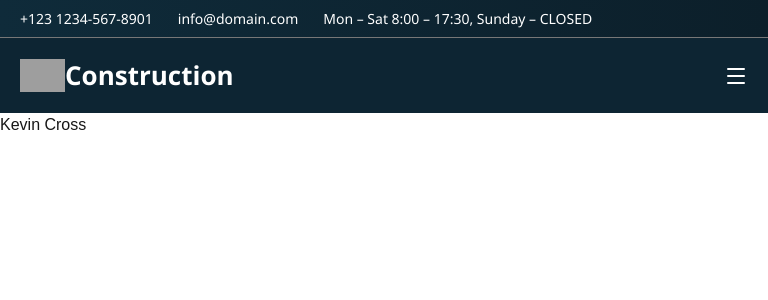
Repository: KC-Minchakpu/promise-earth
Page: /
These files come from the project's save history. The page is drawn as it stood at one moment and after the next save; the edit follows.
The browser window is 768 px wide. The pictures show the whole page.
Pictures or frames that could not be fetched are drawn as grey boxes. The project was rebuilt for these pictures with package versions that can differ from the ones it lists, and the page was loaded fresh each time. The framework's server and built-in components were replaced by stand-ins that run in the browser. Also part of the build but not shown: next.config.ts.

Above is the page before, as saved 2026-02-26 11:47:05.

### src/app/layout.tsx
import type { Metadata } from "next";
import { Play, Poppins } from "next/font/google";
import "./globals.css";
import Header from "@/components/Header/Header";

const play = Play({
  variable: "--font-play",
  subsets: ["latin"],
  weight: ["400", "700"],
});

const poppins = Poppins({
  variable: "--font-poppins",
  subsets: ["latin"],
  weight: ["300", "400", "500", "600", "700"],
});

export const metadata: Metadata = {
  title: "Create Next App",
  description: "Generated by create next app",
};

export default function RootLayout({
  children,
}: Readonly<{
  children: React.ReactNode;
}>) {
  return (
    <html lang="en">
      <body
        className={`${play.variable} ${poppins.variable} antialiased`}
      >
        <Header />
        {children}
      </body>
    </html>
  );
}

### src/app/page.tsx


export default function Home() {
  return (
   <>
    <h1>Kevin Cross</h1>
    </>
  );
}

### src/app/globals.css
@import "tailwindcss";

:root {
  --background: #ffffff;
  --foreground: #171717;
}


@media (prefers-color-scheme: dark) {
  :root {
    --background: #0a0a0a;
    --foreground: #ededed;
  }
}

body {
  background: var(--background);
  color: var(--foreground);
  font-family: Arial, Helvetica, sans-serif;
}

### src/components/Header/Header.tsx
"use client";

import { useState, useEffect } from "react";
import { usePathname } from "next/navigation";
import Link from "next/link";
import Image from "next/image";
import styles from "./Header.module.css";
import { ChevronDown, Menu, X } from "lucide-react";

const Header = () => {
  const pathname = usePathname();
  const [mobileOpen, setMobileOpen] = useState(false);
  const [scrolled, setScrolled] = useState(false);

  /* Sticky Scroll */
  useEffect(() => {
    const handleScroll = () => {
      setScrolled(window.scrollY > 20);
    };

    window.addEventListener("scroll", handleScroll);
    return () => window.removeEventListener("scroll", handleScroll);
  }, []);

  /* Active Link*/
  const isActive = (path: string) => pathname === path;

  return (
    <header
      className={`${styles.header} ${scrolled ? styles.scrolled : ""}`}
    >
      {/* TOP BAR */}
      <div className={styles.topBar}>
        <div className={styles.topContainer}>
          <div className={styles.topLeft}>
            <span>+123 1234-567-8901</span>
            <span>info@domain.com</span>
            <span>Mon – Sat 8:00 – 17:30, Sunday – CLOSED</span>
          </div>
        </div>
      </div>

      {/* NAVBAR */}
      <div className={styles.navbar}>
        <div className={styles.navContainer}>
          {/* LOGO */}
          <Link href="/" className={styles.logo}>
            <Image
              src="/logo.png"
              alt="Construction Logo"
              width={45}
              height={45}
              priority
            />
            <span>Construction</span>
          </Link>

          {/* NAVIGATION */}
          <nav
            className={`${styles.navLinks} ${
              mobileOpen ? styles.show : ""
            }`}
          >
            <Link
              href="/"
              className={isActive("/") ? styles.active : ""}
            >
              Home
            </Link>

            {/* ABOUT DROPDOWN */}
            <div className={styles.dropdown}>
              <button
                className={`${styles.dropBtn} ${
                  pathname.startsWith("/promise-earth") ||
                  pathname.startsWith("/emmanuel-benjamin") ||
                  pathname.startsWith("/our-team")
                    ? styles.active
                    : ""
                }`}
              >
                About <ChevronDown size={16} />
              </button>

              <div className={styles.dropdownMenu}>
                <Link href="/promise-earth">Promise Earth</Link>
                <Link href="/emmanuel-benjamin">
                  Emmanuel K. Benjamin
                </Link>
                <Link href="/our-team">Our Team</Link>
              </div>
            </div>

            {/* SERVICES DROPDOWN */}
            <div className={styles.dropdown}>
              <button
                className={`${styles.dropBtn} ${
                  pathname.startsWith("/mining") ||
                  pathname.startsWith("/quarry") ||
                  pathname.startsWith("/construction") ||
                  pathname.startsWith("/excavation") ||
                  pathname.startsWith("/sandstones")
                    ? styles.active
                    : ""
                }`}
              >
                Services <ChevronDown size={16} />
              </button>

              <div className={styles.dropdownMenu}>
                <Link href="/mining">Mining</Link>
                <Link href="/quarry">Quarry</Link>
                <Link href="/construction">Construction</Link>
                <Link href="/excavation">Excavation</Link>
                <Link href="/sandstones">Sandstones</Link>
              </div>
            </div>

            <Link
              href="/projects"
              className={isActive("/projects") ? styles.active : ""}
            >
              Projects
            </Link>

            <Link
              href="/contact"
              className={isActive("/contact") ? styles.active : ""}
            >
              Contact
            </Link>
          </nav>

          {/* CTA */}
          <div className={styles.cta}>
            <Link href="/contact">CONTACT NOW</Link>
          </div>

          {/* MOBILE TOGGLE */}
          <div
            className={styles.mobileToggle}
            onClick={() => setMobileOpen(!mobileOpen)}
          >
            {mobileOpen ? <X size={24} /> : <Menu size={24} />}
          </div>
        </div>
      </div>
    </header>
  );
};

export default Header;

### src/components/Header/Header.module.css
.header {
  width: 100%;
  font-family: "Segoe UI", sans-serif;
}

/* ================= TOP BAR ================= */
.topBar {
  background: linear-gradient(to right, #0f2b3a, #0c1f2a);
  color: #ffffff;
  border-bottom: 1px solid #777;
  font-size: 14px;
}

.topContainer {
  max-width: 1200px;
  margin: auto;
  padding: 8px 20px;
  display: flex;
  justify-content: space-between;
  align-items: center;
}

.topLeft span {
  margin-right: 25px;
}

.topRight a {
  margin-left: 15px;
  color: white;
  text-decoration: none;
  font-size: 14px;
}

/* ================= NAVBAR ================= */
.navbar {
  background: #0d2533;
  color: white;
}

.navContainer {
  max-width: 1200px;
  margin: auto;
  padding: 18px 20px;
  display: flex;
  align-items: center;
  justify-content: space-between;
}

/* LOGO */
.logo {
  display: flex;
  align-items: center;
  font-size: 26px;
  font-weight: bold;
}

.logoIcon {
  margin-right: 10px;
  font-size: 28px;
}

/* NAV LINKS */
.navLinks {
  display: flex;
  align-items: center;
  gap: 30px;
}

.navLinks a {
  color: white;
  text-decoration: none;
  font-weight: 500;
  position: relative;
}

.navLinks a:hover {
  color: #ff6600;
}

.active {
  color: #ff6600;
}

/* DROPDOWN */
.dropdown {
  position: relative;
}

.dropBtn {
  background: none;
  border: none;
  color: white;
  font-weight: 500;
  display: flex;
  align-items: center;
  gap: 5px;
  cursor: pointer;
}

.dropBtn:hover {
  color: #ff6600;
}

.dropdownMenu {
  position: absolute;
  top: 35px;
  left: 0;
  background: #0d2533;
  color: #ffffff;
  min-width: 250px;
  border-radius: 6px;
  box-shadow: 0 8px 20px rgba(0, 0, 0, 0.15);
  display: flex;
  flex-direction: column;
  padding: 10px 0;
  z-index: 999;
}

.dropdownMenu a {
  padding: 10px 20px;
  color: #ffffff;
  text-decoration: none;
}

.dropdownMenu a:hover {
  background: #f3f3f3;
  color: #ff6600;
}

/* CTA BUTTON */
.cta a {
  background: #ff6600;
  padding: 12px 22px;
  border-radius: 6px;
  color: white;
  text-decoration: none;
  font-weight: bold;
  transition: 0.3s ease;
}

.cta a:hover {
  background: #e65c00;
}

/* MOBILE */
.mobileToggle {
  display: none;
  cursor: pointer;
}

/* ================= RESPONSIVE ================= */
@media (max-width: 992px) {
  .navLinks {
    position: absolute;
    top: 80px;
    left: 0;
    width: 100%;
    background: #0d2533;
    flex-direction: column;
    padding: 20px;
    display: none;
  }

  .navLinks.show {
    display: flex;
  }

  .cta {
    display: none;
  }

  .mobileToggle {
    display: block;
  }

  .dropdownMenu {
    position: relative;
    top: 0;
    box-shadow: none;
    background: #112f40;
  }

  .dropdownMenu a {
    color: white;
  }
}

After the next save:
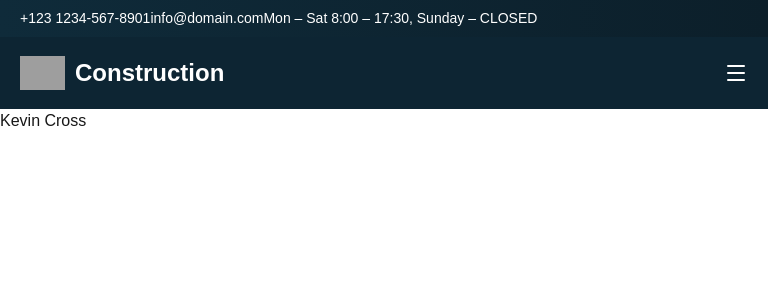
Saved 23 s later.
--- a/src/components/Header/Header.module.css
+++ b/src/components/Header/Header.module.css
@@ -1,13 +1,18 @@
 .header {
-  width: 100%;
-  font-family: "Segoe UI", sans-serif;
+  position: sticky;
+  top: 0;
+  z-index: 9999;
+  transition: all 0.3s ease;
+}
+
+.scrolled {
+  box-shadow: 0 6px 20px rgba(0, 0, 0, 0.15);
 }
 
 /* ================= TOP BAR ================= */
 .topBar {
   background: linear-gradient(to right, #0f2b3a, #0c1f2a);
   color: #ffffff;
-  border-bottom: 1px solid #777;
   font-size: 14px;
 }
 
@@ -15,20 +20,6 @@
   max-width: 1200px;
   margin: auto;
   padding: 8px 20px;
-  display: flex;
-  justify-content: space-between;
-  align-items: center;
-}
-
-.topLeft span {
-  margin-right: 25px;
-}
-
-.topRight a {
-  margin-left: 15px;
-  color: white;
-  text-decoration: none;
-  font-size: 14px;
 }
 
 /* ================= NAVBAR ================= */
@@ -50,13 +41,11 @@
 .logo {
   display: flex;
   align-items: center;
-  font-size: 26px;
+  gap: 10px;
+  font-size: 24px;
   font-weight: bold;
-}
-
-.logoIcon {
-  margin-right: 10px;
-  font-size: 28px;
+  text-decoration: none;
+  color: white;
 }
 
 /* NAV LINKS */
@@ -70,7 +59,7 @@
   color: white;
   text-decoration: none;
   font-weight: 500;
-  position: relative;
+  transition: color 0.3s ease;
 }
 
 .navLinks a:hover {
@@ -78,10 +67,10 @@
 }
 
 .active {
-  color: #ff6600;
+  color: #ff6600 !important;
 }
 
-/* DROPDOWN */
+/* ================= DROPDOWN ================= */
 .dropdown {
   position: relative;
 }
@@ -95,6 +84,7 @@
   align-items: center;
   gap: 5px;
   cursor: pointer;
+  transition: color 0.3s ease;
 }
 
 .dropBtn:hover {
@@ -103,52 +93,60 @@
 
 .dropdownMenu {
   position: absolute;
-  top: 35px;
+  top: 45px;
   left: 0;
-  background: #0d2533;
-  color: #ffffff;
-  min-width: 250px;
+  background: white;
+  min-width: 220px;
   border-radius: 6px;
-  box-shadow: 0 8px 20px rgba(0, 0, 0, 0.15);
-  display: flex;
-  flex-direction: column;
-  padding: 10px 0;
-  z-index: 999;
+  box-shadow: 0 10px 25px rgba(0, 0, 0, 0.15);
+
+  opacity: 0;
+  transform: translateY(10px);
+  pointer-events: none;
+  transition: all 0.3s ease;
+}
+
+.dropdown:hover .dropdownMenu {
+  opacity: 1;
+  transform: translateY(0);
+  pointer-events: auto;
 }
 
 .dropdownMenu a {
-  padding: 10px 20px;
-  color: #ffffff;
+  display: block;
+  padding: 12px 18px;
+  color: #333;
   text-decoration: none;
+  transition: background 0.3s ease;
 }
 
 .dropdownMenu a:hover {
-  background: #f3f3f3;
+  background: #f2f2f2;
   color: #ff6600;
 }
 
-/* CTA BUTTON */
+/* ================= CTA ================= */
 .cta a {
   background: #ff6600;
-  padding: 12px 22px;
+  padding: 12px 24px;
   border-radius: 6px;
   color: white;
   text-decoration: none;
   font-weight: bold;
-  transition: 0.3s ease;
+  transition: all 0.3s ease;
 }
 
 .cta a:hover {
   background: #e65c00;
+  transform: translateY(-2px);
 }
 
-/* MOBILE */
+/* ================= MOBILE ================= */
 .mobileToggle {
   display: none;
   cursor: pointer;
 }
 
-/* ================= RESPONSIVE ================= */
 @media (max-width: 992px) {
   .navLinks {
     position: absolute;
@@ -161,7 +159,7 @@
     display: none;
   }
 
-  .navLinks.show {
+  .show {
     display: flex;
   }
 
@@ -177,6 +175,9 @@
     position: relative;
     top: 0;
     box-shadow: none;
+    opacity: 1;
+    transform: none;
+    pointer-events: auto;
     background: #112f40;
   }
 
